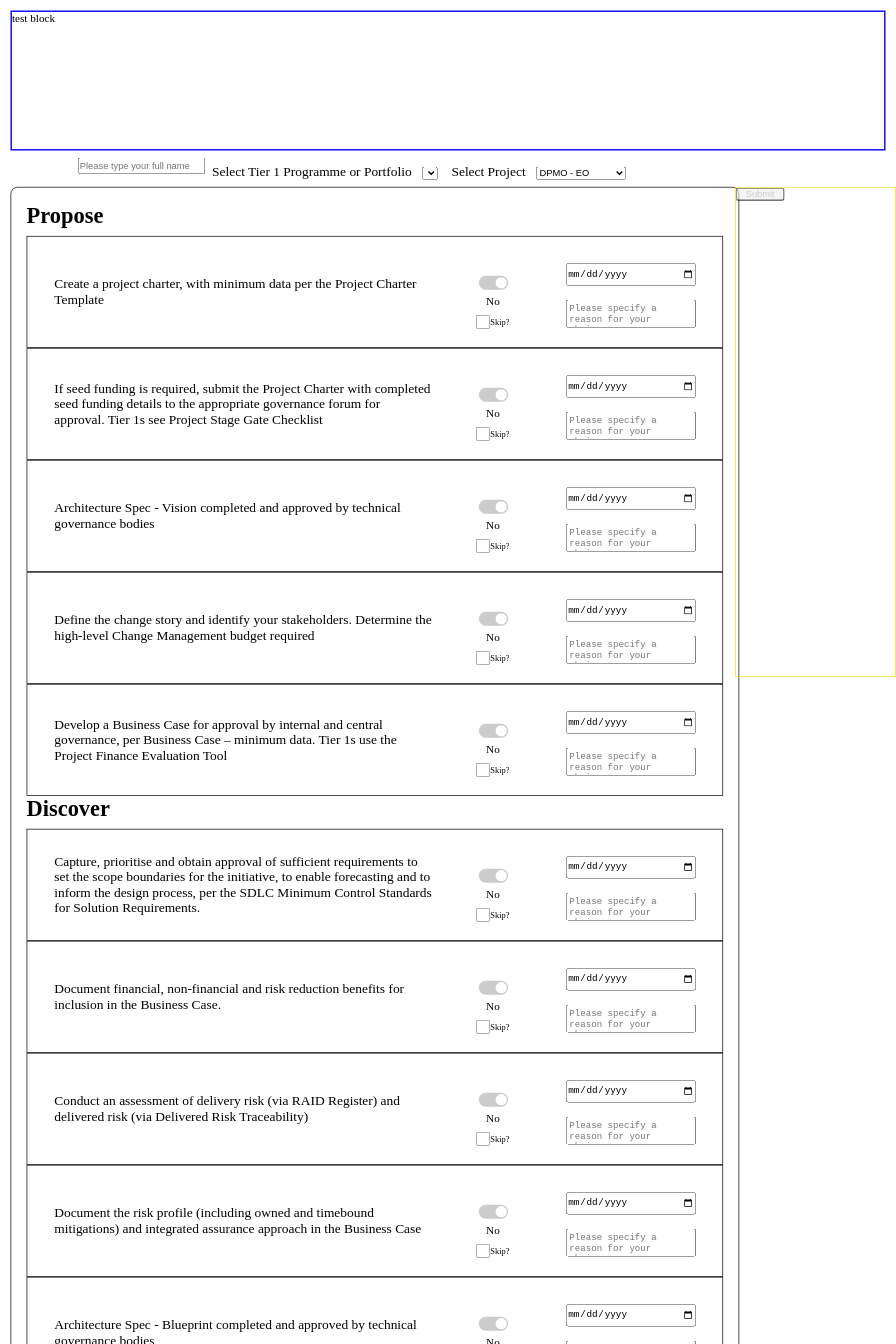
Repository: I-Alpha/JQuery-Html-form
Page: Project-form.html
The author's editor kept a copy of each file at every save. The page is drawn from the files as they stood at one save, then again after a run of saves.
The browser window is 1280 px wide. The pictures show the part of the page from y = 0 to 1920 px (the page is 8699 px tall), at 70% of full size.

Above is the page before, as saved 2020-10-27 00:52:37.

After the next 2 saves:
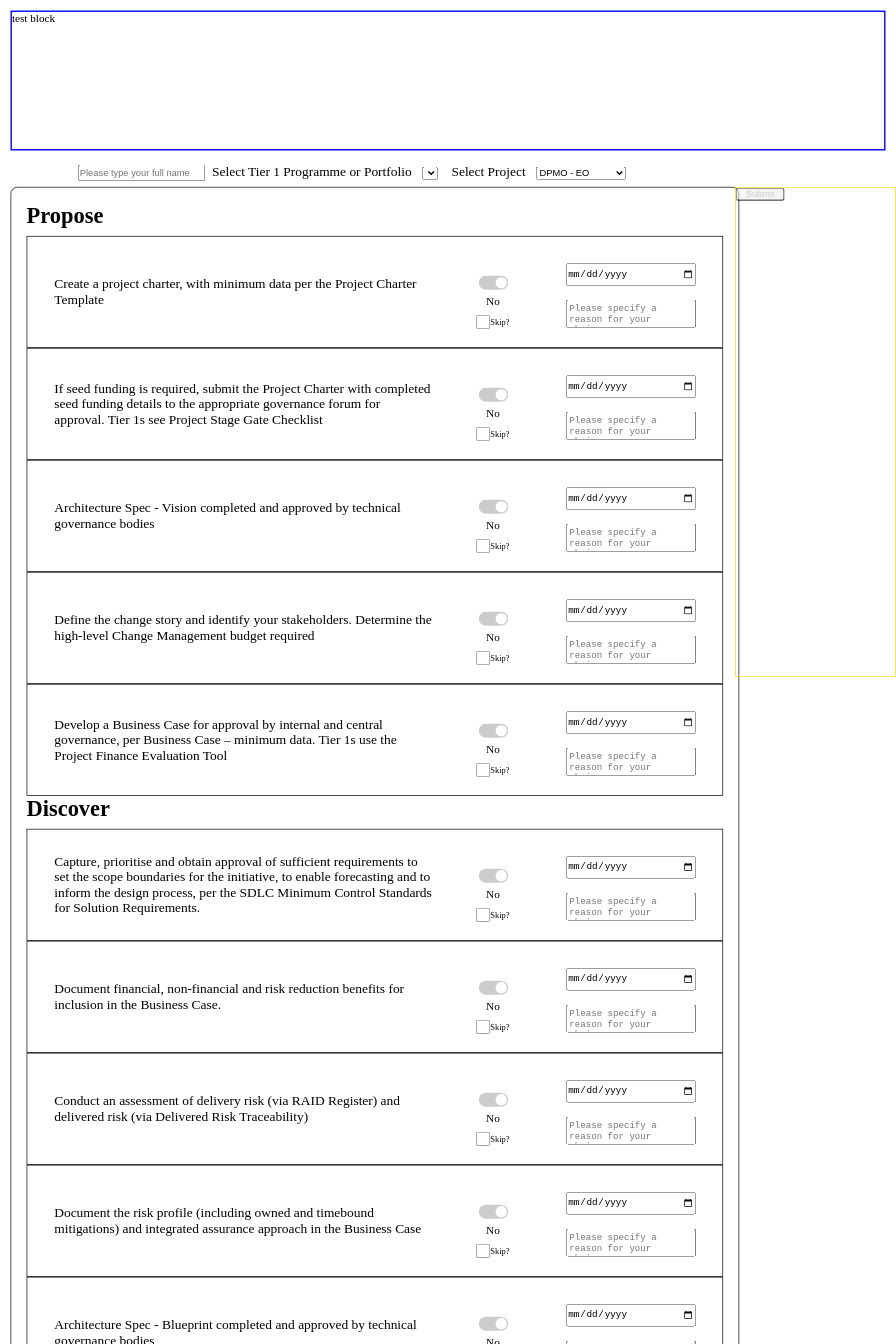
The 2 saves are shown as one change because they came seconds apart.
The last was saved 25 s later.
--- a/main.css
+++ b/main.css
@@ -348,7 +348,7 @@
  #fullname{
      position: relative;
      max-height:1.5rem;
-     bottom:0;
+     bottom:-10px;
 
     }
 
